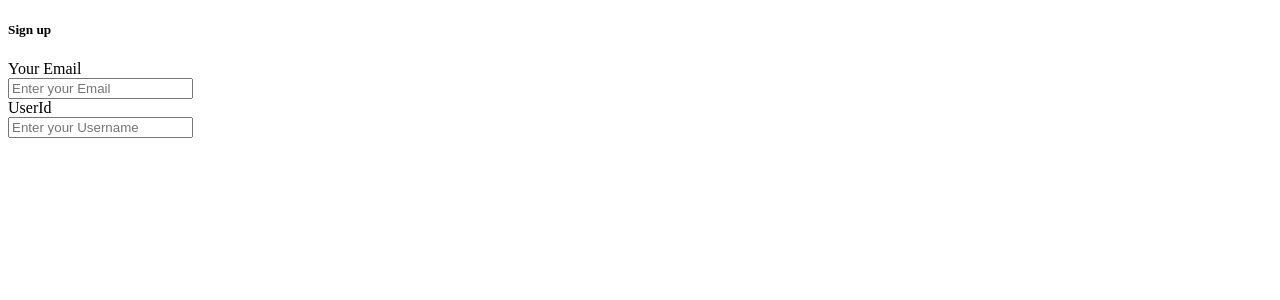
Repository: Abinayasivapraba/Project2
Page: ChatZoneFE/WebContent/Blog/Blog.html
These files come from the project's save history. The page is drawn as it stood at one moment and after the next save; the edit follows.
The browser window is 1280 px wide. The pictures show the whole page.

Above is the page before, as saved 2017-05-15 01:04:50.

After the next save:
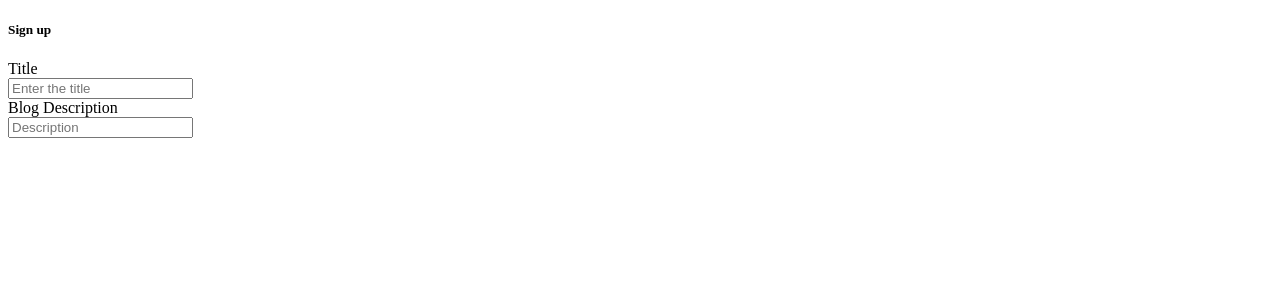
Saved 3 min 9 s later.
--- a/ChatZoneFE/WebContent/Blog/Blog.html
+++ b/ChatZoneFE/WebContent/Blog/Blog.html
@@ -14,21 +14,21 @@
 
 
 <div class="form-group">
-							<label for="email" class="cols-sm-2 control-label">Your Email</label>
+							<label for="email" class="cols-sm-2 control-label">Title</label>
 							<div class="cols-sm-4">
 								<div class="input-group">
 									<span class="input-group-addon"><i class="fa fa-envelope fa" aria-hidden="true"></i></span>
-									<input type="text" class="form-control" name="email" id="email" ng-model="ctrl.user.email"  placeholder="Enter your Email"/>
+									<input type="text" class="form-control" name="title" id="title" ng-model="ctrl.blog.title"  placeholder="Enter the title"/>
 								</div>
 							</div>
 						</div>
 
 						<div class="form-group">
-							<label for="username" class="cols-sm-2 control-label">UserId</label>
+							<label for="desc" class="cols-sm-2 control-label">Blog Description</label>
 							<div class="cols-sm-4">
 								<div class="input-group">
 									<span class="input-group-addon"><i class="fa fa-users fa" aria-hidden="true"></i></span>
-									<input type="text" class="form-control" name="id" id="id" ng-model="ctrl.user.id"  placeholder="Enter your Username"/>
+									<input type="text" class="form-control" name="description" id="id" ng-model="ctrl.blog.description"  placeholder="Description"/>
 								</div>
 							</div>
 						</div>
